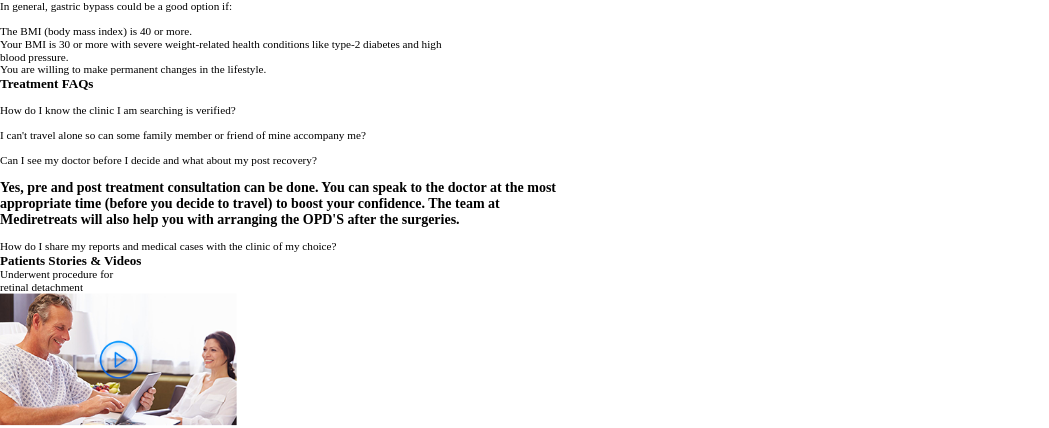
Repository: hetuk2005/webDevelopment
Page: Projects/Aafiya.html
An editor plug-in stored every save of this project. The page is shown before and after the next save, followed by the edit.
The browser window is 1280 px wide. The page is 1498 px wide, so the pictures cover 1498 px, including what lies to the right of the window. The pictures show the part of the page from y = 2859 to 4499 px (the page is 3471 px tall before and 4499 px after), at 70% of full size.

Above is the page before, as saved 2025-04-08 10:18:01.

### Projects/Aafiya.html
<!DOCTYPE html>
<html lang="en">

<head>
    <meta charset="UTF-8" />
    <meta name="viewport" content="width=device-width, initial-scale=1.0" />
    <title>Hetuk</title>
    <link rel="stylesheet" href="./CSS/Aafiya.css" />
</head>

<body>
    <nav>
        <div class="child1">
            <div class="images">
                <img src="./Images/Aafiya Logo.svg" alt="Aafiya Logo" class="img1" /><br />
                <img src="./Images/Logo 2.png" alt="Logo" class="img2" />
            </div>
            <div class="image_text">
                <div class="book_text">
                    <img src="./Images/Book.svg" alt="Book" class="img3" />
                    <div class="grid">
                        <br />
                        <p class="text">Second Medical Option</p>
                        <p class="text1">Book Consultation</p>
                    </div>
                </div>
                <div class="call_text">
                    <img src="./Images/Call.svg" alt="Call" class="img4" /><br />
                    <div class="grid">
                        <br />
                        <p class="text">Call Us On</p>
                        <p class="text1">985 896 2222</p>
                    </div>
                </div>
                <div class="mail_text">
                    <img src="./Images/Mail.png" alt="Mail" class="img5" />
                    <div class="grid">
                        <br />
                        <p class="text">Email Us On</p>
                        <p class="text1">info@mediretreats.com</p>
                    </div>
                </div>
                <div class="India">
                    <img src="./Images/India.svg" alt="India Flag" class="img6" />
                    <img src="./Images/Dropdown Arrow.svg" alt="Dropdown Arrow" class="img7" />
                </div>
            </div>
        </div>
        <div class="child2">
            <ul>
                <li>Home</li>
                <li>About Us</li>
                <li>Treatments +</li>
                <li>Destinations +</li>
                <li>Hospitals</li>
                <li>FAQs</li>
                <li>Blog</li>
                <li>Request A Quote</li>
            </ul>
            <input type="search" placeholder="Search" />
        </div>
    </nav>
    <div class="home_img">
        <div class="home_child">
            <p class="home_content">Home</p>
            <span> > </span>
            <p class="home_content">Treatments</p>
            <span> > </span>
            <p class="home_content">Orthopaedics</p>
            <span> > </span>
            <p class="home_content">Knee Replacement</p>
        </div>
        <br />
        <h3>Total Knee Replacement</h3>
        <p class="home_description">
            Total knee replacement is a surgery to remove and replace the whole<br /> damaged knee joint with an artificial joint.
        </p>
        <br />
        <button class="enquire_now">Enquire Now</button>
    </div>
    <div class="nav2">
        <ul>
            <li class="list">Overview</li>
            <li>Eligibility</li>
            <li>Preparation</li>
            <li>About Treatment</li>
            <li>Post-Treatment Care</li>
            <li>Recovery Tips</li>
            <li>FAQs</li>
            <li>Patients Stories</li>
        </ul>
    </div>
    <div class="treatment_overview">
        <div class="treatment_text">
            <h3>Treatment Overview</h3>
            <br />
            <p>
                Lorem ipsum dolor sit amet consectetur adipisicing elit.<br /> Earum, culpa vel debitis incidunt non quis.
            </p>
            <br />
            <p>
                Lorem ipsum dolor sit amet consectetur adipisicing elit.<br /> aliquam repudiandae, corporis consectetur dolorem eum.<br /> facilis quasi, praesentium inventore expedita quo hic.
            </p>
            <br />
            <p>
                Lorem ipsum dolor sit amet culpa vel debitis<br /> consectetur, adipisicing elit. Adipisci, nemo.
            </p>
            <br />
        </div>
        <div class="treatment_img">
            <img src="./Images/treatment_overview (1).jpg" alt="Image" />
        </div>
    </div>
    <div class="eligibility_for_treatment">
        <div class="eligibility_text">
            <h3>Eligibility For Treatment</h3>
            <br />
            <p>
                Any individual who has tried diet and exercise but failed to lose weight is considered as a good candidate for<br /> gastric bypass. Although gastric bypass aids in weight loss, it is not an appropriate option for everyone.<br /> Based
                on the overall health and certain medical guidelines, the doctor will decide whether you are eligible<br /> for gastric bypass or not.
            </p>
            <br />
            <p>In general, gastric bypass could be a good option if:</p>
            <br />
            <ul>
                <li>The BMI (body mass index) is 40 or more.</li>
                <li>
                    Your BMI is 30 or more with severe weight-related health conditions like type-2 diabetes and high<br /> blood pressure.
                </li>
                <li>You are willing to make permanent changes in the lifestyle.</li>
            </ul>
        </div>
        <br /><br /><br />
        <div class="eligibility_form">
            <h3>Need Help?</h3>
            <br />
            <p>
                Just let us know. We will be happy to<br /> assist you.
            </p>
            <br /><br />
            <form>
                <input type="text" placeholder="Full Name" /><br /><br />
                <input type="email" placeholder="Email" /><br /><br />
                <input type="tel" placeholder="Phone Number" /><br /><br />
                <input type="textarea" placeholder="Describe Your Treatment Requirement" class="textarea" /><br /><br />
                <button class="Enquiry">Send Enquiry</button>
            </form>
        </div>
    </div>
    <div class="preparation_of_treatment">
        <h3>Preparation Of Treatment</h3>
        <br />
        <p>
            Any individual who has tried diet and exercise but failed to lose weight is considered as a good candidate for<br /> gastric bypass. Although gastric bypass aids in weight loss, it is not an appropriate option for everyone.<br /> Based on
            the overall health and certain medical guidelines, the doctor will decide whether you are eligible<br /> for gastric bypass or not.
        </p>
        <br />
        <p>In general, gastric bypass could be a good option if:</p>
        <br />
        <ul>
            <li>The BMI (body mass index) is 40 or more.</li>
            <li>
                Your BMI is 30 or more with severe weight-related health conditions like type-2 diabetes and high<br /> blood pressure.
            </li>
            <li>You are willing to make permanent changes in the lifestyle.</li>
        </ul>
    </div>
    <div class="about_treatment">
        <h3>About Treatment</h3>
        <br />
        <p>
            Any individual who has tried diet and exercise but failed to lose weight is considered as a good candidate for<br /> gastric bypass. Although gastric bypass aids in weight loss, it is not an appropriate option for everyone.<br /> Based on
            the overall health and certain medical guidelines, the doctor will decide whether you are eligible<br /> for gastric bypass or not.
        </p>
        <br />
        <p>In general, gastric bypass could be a good option if:</p>
        <br />
        <ul>
            <li>The BMI (body mass index) is 40 or more.</li>
            <li>
                Your BMI is 30 or more with severe weight-related health conditions like type-2 diabetes and high<br /> blood pressure.
            </li>
            <li>You are willing to make permanent changes in the lifestyle.</li>
        </ul>
    </div>
    <div class="post_treatment">
        <h3>Post-Treatment Care Treatment</h3>
        <br />
        <p>
            Any individual who has tried diet and exercise but failed to lose weight is considered as a good candidate for<br /> gastric bypass. Although gastric bypass aids in weight loss, it is not an appropriate option for everyone.<br /> Based on
            the overall health and certain medical guidelines, the doctor will decide whether you are eligible<br /> for gastric bypass or not.
        </p>
        <br />
        <p>In general, gastric bypass could be a good option if:</p>
        <br />
        <ul>
            <li>The BMI (body mass index) is 40 or more.</li>
            <li>
                Your BMI is 30 or more with severe weight-related health conditions like type-2 diabetes and high<br /> blood pressure.
            </li>
            <li>You are willing to make permanent changes in the lifestyle.</li>
        </ul>
    </div>
    <div class="treatment_recovery">
        <h3>Post-Treatment Care Treatment</h3>
        <br />
        <p>
            Any individual who has tried diet and exercise but failed to lose weight is considered as a good candidate for<br /> gastric bypass. Although gastric bypass aids in weight loss, it is not an appropriate option for everyone.<br /> Based on
            the overall health and certain medical guidelines, the doctor will decide whether you are eligible<br /> for gastric bypass or not.
        </p>
        <br />
        <p>In general, gastric bypass could be a good option if:</p>
        <br />
        <ul>
            <li>The BMI (body mass index) is 40 or more.</li>
            <li>
                Your BMI is 30 or more with severe weight-related health conditions like type-2 diabetes and high<br /> blood pressure.
            </li>
            <li>You are willing to make permanent changes in the lifestyle.</li>
        </ul>
    </div>
    <div class="treatment_faqs">
        <h3>Treatment FAQs</h3>
        <br />
        <p>How do I know the clinic I am searching is verified?</p>
        <br />
        <p>
            I can't travel alone so can some family member or friend of mine accompany me?
        </p>
        <br />
        <p class="answered">
            Can I see my doctor before I decide and what about my post recovery?
        </p>
        <br />
        <p class="answer">
            <span class="left">
          Yes, pre and post treatment consultation can be done. You can speak to
          the doctor at the most<br />
          appropriate time (before you decide to travel) to boost your
          confidence. The team at<br />
          Mediretreats will also help you with arranging the OPD'S after the
          surgeries.
        </span>
        </p>
        <br />
        <a class="bottom">
        How do I share my reports and medical cases with the clinic of my
        choice?
      </a>
        <br />
    </div>
    <div class="patient_stories">
        <h3>Patients Stories & Videos</h3>
        <div class="stories_img">
            <p class="stories_text">Underwent procedure for</p>
            <p class="stories_text">retinal detachment</p>
            <img src="./Images/Patient_Stories.png" alt="Image Of Patient" />
        </div>
    </div>
</body>

</html>

### Projects/CSS/Aafiya.css
* {
    margin: 0;
    padding: 0;
    box-sizing: border-box;
}

nav {
    width: 100%;
}

.child1 {
    display: flex;
    padding-top: 15px;
    gap: 20px;
    /* height: 50vh; */
    /* border: 1px solid black; */
    justify-content: space-evenly;
    align-items: center;
}

.img3,
.img4,
.img5 {
    height: 60px;
    width: 60px;
    padding-top: 10px;
    object-fit: contain;
}

.book_text,
.call_text,
.mail_text {
    display: flex;
    width: 270px;
    /* border: 1px solid red; */
    justify-content: center;
    padding-bottom: 15px;
}

.grid {
    display: grid;
    text-align: left;
    padding-left: 10px;
}

.img1 {
    height: 70px;
    width: 300px;
    object-fit: contain;
}

.img2 {
    height: 80px;
    width: 70px;
    object-fit: contain;
}

.image_text {
    display: flex;
    gap: 20px;
    padding-right: 50px;
}

.images {
    display: flex;
    gap: 25px;
    padding-left: 50px;
    justify-content: center;
    align-items: center;
}

.text1 {
    font-weight: bolder;
    font-size: large;
}

.text {
    font-weight: bold;
    color: gray;
    font-size: large;
}

.India {
    display: flex;
    padding-left: 5px;
    justify-content: center;
    gap: 8px;
}

.India>.img6 {
    height: 50px;
    /* width: 50px; */
    padding-top: 10px;
    object-fit: contain;
}

.India>.img7 {
    height: 40px;
    /* width: 40px; */
    padding-top: 23px;
    object-fit: contain;
}

.child2 {
    display: flex;
    padding-top: 10px;
    /* border: 1px solid black; */
    justify-content: space-evenly;
    align-items: center;
    color: white;
    padding-bottom: 10px;
    background-color: rgb(125, 163, 244);
}

.child2>ul {
    list-style-type: none;
    display: flex;
    gap: 60px;
    justify-content: center;
    font-weight: bold;
    align-items: center;
    font-size: larger;
    padding-right: 60px;
}

.child2>input {
    height: 45px;
    background-color: rgb(125, 163, 244);
    width: 200px;
    padding-left: 10px;
    font-weight: bold;
    border: 2px solid black;
}

.child2>input::placeholder {
    color: white;
    text-align: center;
    font-size: large;
    font-weight: bolder;
    opacity: 0.8;
}

.home_img {
    background-image: url(../Images/Main\ Image.jpg);
    background-position: center center;
    background-size: cover;
    background-repeat: no-repeat;
    padding: 80px 0;
    padding-left: 70px;
    position: relative;
    color: white
}

.home_img>.home_child {
    display: flex;
    gap: 20px;
}

.home_img>.home_child>.home_content,
span {
    font-size: 20px;
    font-weight: bold;
}

.home_img>h3 {
    font-size: 37px;
    font-weight: bolder;
    margin-bottom: 15px;
}

.home_img>.home_description {
    font-size: 19px;
    margin-bottom: 25px;
    font-weight: bold;
}

.home_img>.home_child>span {
    color: red
}

.home_img>.enquire_now {
    background-color: #1da1f2;
    font-weight: bold;
    color: white;
    font-size: 17px;
    width: 170px;
    height: 40px;
}

.nav2>ul {
    list-style-type: none;
    display: flex;
    gap: 50px;
    padding-left: 60px;
    padding-top: 25px;
    padding-bottom: 20px;
    border-bottom: 2px solid gray;
    font-size: larger;
    font-weight: 300;
}

.nav2>ul>.list:hover {
    text-decoration: underline;
}

.treatment_overview {
    display: flex;
    width: 100%;
    gap: 50px;
    margin-bottom: 10px;
    border-bottom: 2px dashed blue;
    margin-left: 70px;
}

.treatment_overview>.treatment_text {
    padding-top: 67px;
    padding-bottom: 50px;
}

.treatment_overview>.treatment_text>p {
    font-size: 25px;
    padding-bottom: 25px;
}

.treatment_overview>.treatment_text>h3 {
    font-weight: bold;
    font-size: 30px;
}

.treatment_overview>.treatment_img>img {
    height: 480px;
    width: 700px;
    padding-top: 40px;
    padding-bottom: 40px;
    object-fit: contain;
    margin-right: 70px;
}

.eligibility_for_treatment {
    display: flex;
    width: 100%;
    gap: 50px;
    padding-top: 50px;
    margin-left: 70px;
}

.eligibility_for_treatment>.eligibility_text {
    border-bottom: 2px dashed blue;
}

.eligibility_for_treatment>.eligibility_text>h3 {
    font-size: 30px;
    font-weight: bold;
}

.eligibility_for_treatment>.eligibility_text>ul {
    list-style-type: circle;
    padding-left: 23px;
}

.eligibility_for_treatment>.eligibility_text>ul>li::marker {
    color: blue;
    font-size: 30px;
    font-weight: bold;
}

.eligibility_for_treatment>.eligibility_form>h3 {
    font-size: 35px;
    color: blue;
    font-weight: bold;
    font-style: italic;
}

.eligibility_form {
    box-shadow: 0 0 10px rgba(0, 0, 0, 0.4);
    border-radius: 7px;
    padding: 20px;
}

.eligibility_for_treatment>.eligibility_form>p {
    font-size: 20px;
}

.eligibility_for_treatment>.eligibility_form>form>input {
    height: 40px;
    width: 300px;
    gap: 20px;
    border: 2px solid black;
    border-radius: 7px;
}

.eligibility_for_treatment>.eligibility_form>form>input::placeholder {
    color: gray;
    padding-left: 15px;
}

.eligibility_for_treatment>.eligibility_form>form>.textarea {
    height: 100px;
    width: 300px;
    border: 2px solid black;
    border-radius: 7px;
}


/*.eligibility_for_treatment>.eligibility_form>form>.textarea::placeholder {
    padding-bottom: 70px;
}*/

.eligibility_for_treatment>.eligibility_form>form>button {
    background: linear-gradient(to right, #00aaff, #66ccff);
    color: white;
    width: 100%;
    border-radius: 7px;
    border: none;
    height: 45px;
}

.preparation_of_treatment>h3 {
    font-size: 30px;
    font-weight: bold;
}

.preparation_of_treatment {
    border-bottom: 2px dashed blue;
    margin-bottom: 10px;
    padding-bottom: 30px;
    gap: 50px;
    padding-top: 50px;
    margin-left: 70px;
    width: 50%;
}

.preparation_of_treatment>ul {
    list-style-type: circle;
    padding-left: 23px;
}

.preparation_of_treatment>ul>li::marker {
    color: blue;
    font-size: 30px;
    font-weight: bold;
}

After the next save:
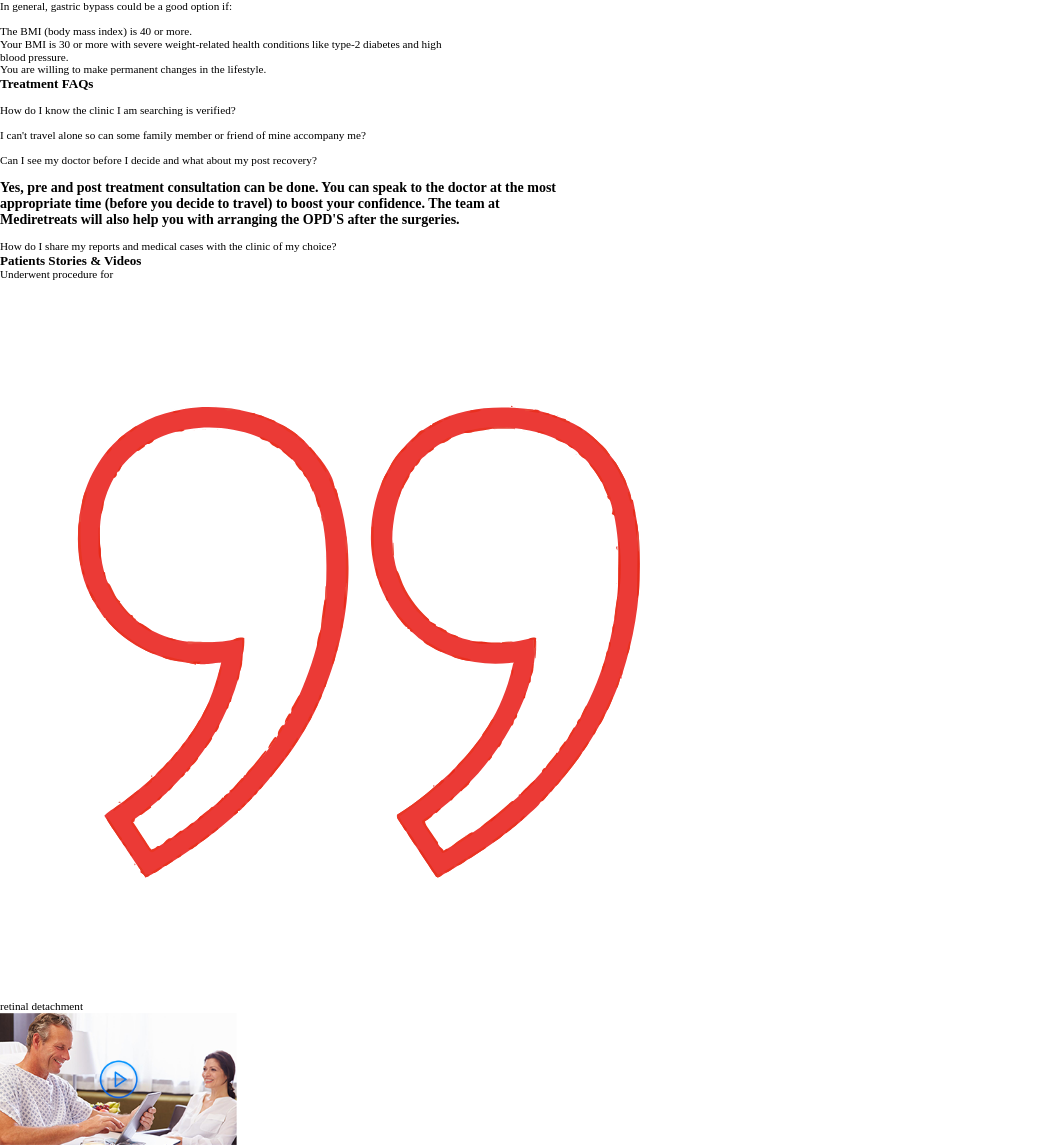
Saved 43 s later.
--- a/Projects/Aafiya.html
+++ b/Projects/Aafiya.html
@@ -252,7 +252,7 @@
     <div class="patient_stories">
         <h3>Patients Stories & Videos</h3>
         <div class="stories_img">
-            <p class="stories_text">Underwent procedure for</p>
+            <p class="stories_text">Underwent procedure for</p> <img src="./Images/Quotes.svg" alt="Quotes"><br>
             <p class="stories_text">retinal detachment</p>
             <img src="./Images/Patient_Stories.png" alt="Image Of Patient" />
         </div>
